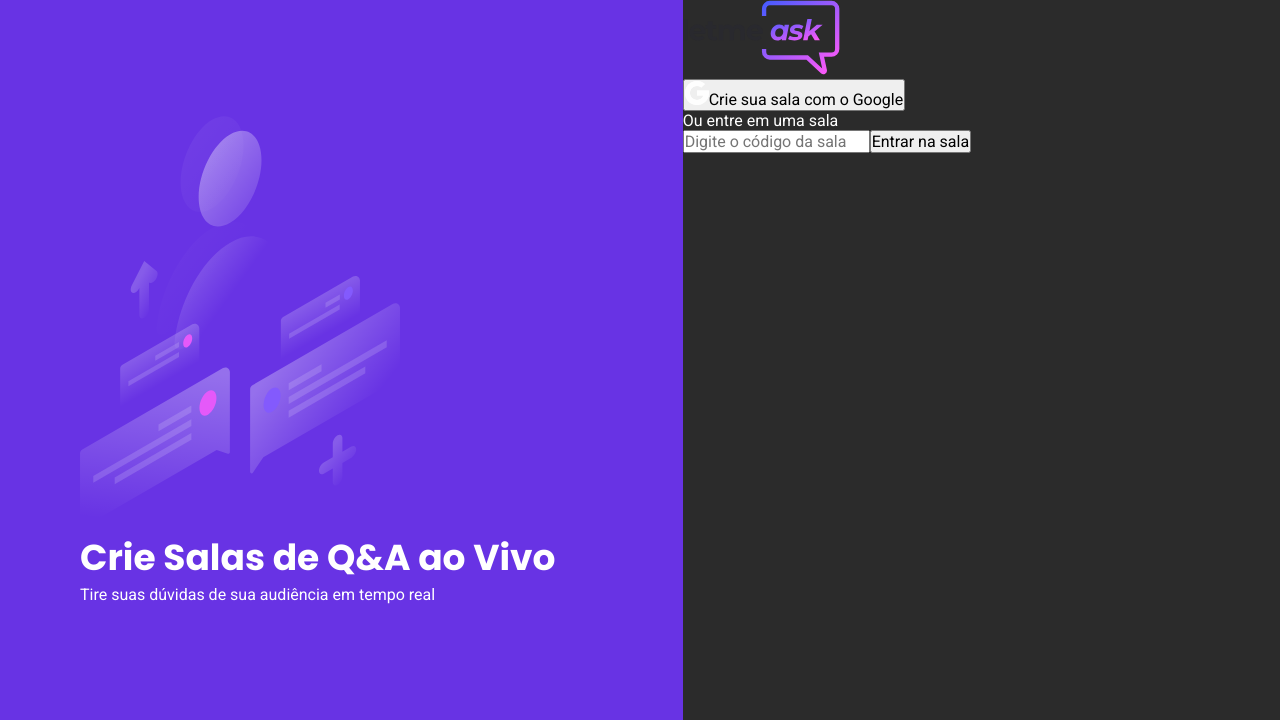
Repository: ANDRIEL123/NLW6-ReactJS-Letmeask
Page: /
An editor plug-in stored every save of this project. The page is shown before and after the next save, followed by the edit.
The browser window is 1280 px wide. The pictures show the whole page.
The project was rebuilt for these pictures with package versions that can differ from the ones it lists, and the page was loaded fresh each time.

Above is the page before, as saved 2021-10-11 13:23:29.

### public/index.html
<!DOCTYPE html>
<html lang="en">

<head>
  <meta charset="utf-8" />
  <link rel="icon" href="%PUBLIC_URL%/favicon.ico" />
  <meta name="viewport" content="width=device-width, initial-scale=1" />
  <meta name="theme-color" content="#000000" />
  <meta name="description" content="Web site created using create-react-app" />
  <link rel="apple-touch-icon" href="%PUBLIC_URL%/logo192.png" />
  <link rel="preconnect" href="https://fonts.googleapis.com">
  <link rel="preconnect" href="https://fonts.gstatic.com" crossorigin>
  <link href="https://fonts.googleapis.com/css2?family=Poppins:wght@400;700&family=Roboto:wght@400;500&display=swap"
    rel="stylesheet">
  <title>React App</title>
</head>

<body>
  <noscript>You need to enable JavaScript to run this app.</noscript>
  <div id="root"></div>
</body>

</html>

### src/index.tsx
import React from 'react';
import ReactDOM from 'react-dom';
import App from './App';
import './styles/global.scss'

ReactDOM.render(
  <React.StrictMode>
    <App />
  </React.StrictMode>,
  document.getElementById('root')
);

### src/App.tsx
import React from 'react';
import { Home } from './pages/Home';

function App() {
  return (
    <div className="App">
      <Home />
    </div>
  );
}

export default App;

### src/styles/global.scss
* {
    margin: 0;
    padding: 0;
    box-sizing: border-box;
}

body {
    background-color: rgb(43, 43, 43);
    color: white;
}

body, input, button, textarea {
    font: 400 16px 'Roboto', sans-serif;
}

### src/pages/Home.tsx
import ilustrationImg from '../assets/images/illustration.svg'
import logoImg from '../assets/images/logo.svg'
import googleIconImg from '../assets/images/google-icon.svg'
import '../styles/auth.scss'

export function Home() {
    return (
        <div id="page-auth">
            <aside>
                <img src={ilustrationImg} alt="Ilustração" />
                <strong>Crie Salas de Q&A ao Vivo</strong>
                <p>Tire suas dúvidas de sua audiência em tempo real</p>
            </aside>
            <main>
                <div>
                    <img src={logoImg} alt="Logo letmeask" />
                </div>
                <button>
                    <img src={googleIconImg} alt="Icone do Google" />
                    Crie sua sala com o Google
                </button>
                <div>Ou entre em uma sala</div>
                <form>
                    <input
                        type="text"
                        placeholder="Digite o código da sala"
                    />
                    <button type="submit">
                        Entrar na sala
                    </button>
                </form>
            </main>
        </div>
    )
}

### src/styles/auth.scss
#page-auth {
    display: flex;
    align-items: stretch;
    height: 100vh;

    aside {
        flex: 7;
        background: #6833e4;
        color: #fff;
        flex-direction: column;
        display: flex;
        justify-content: center;

        padding: 120px 80px;

        img {
            max-width: 320px;
        }

        strong {
            font: 700 36px 'Poppins', sans-serif;
        }
    }

    main {
        flex: 8;
    }
}

After the next save:
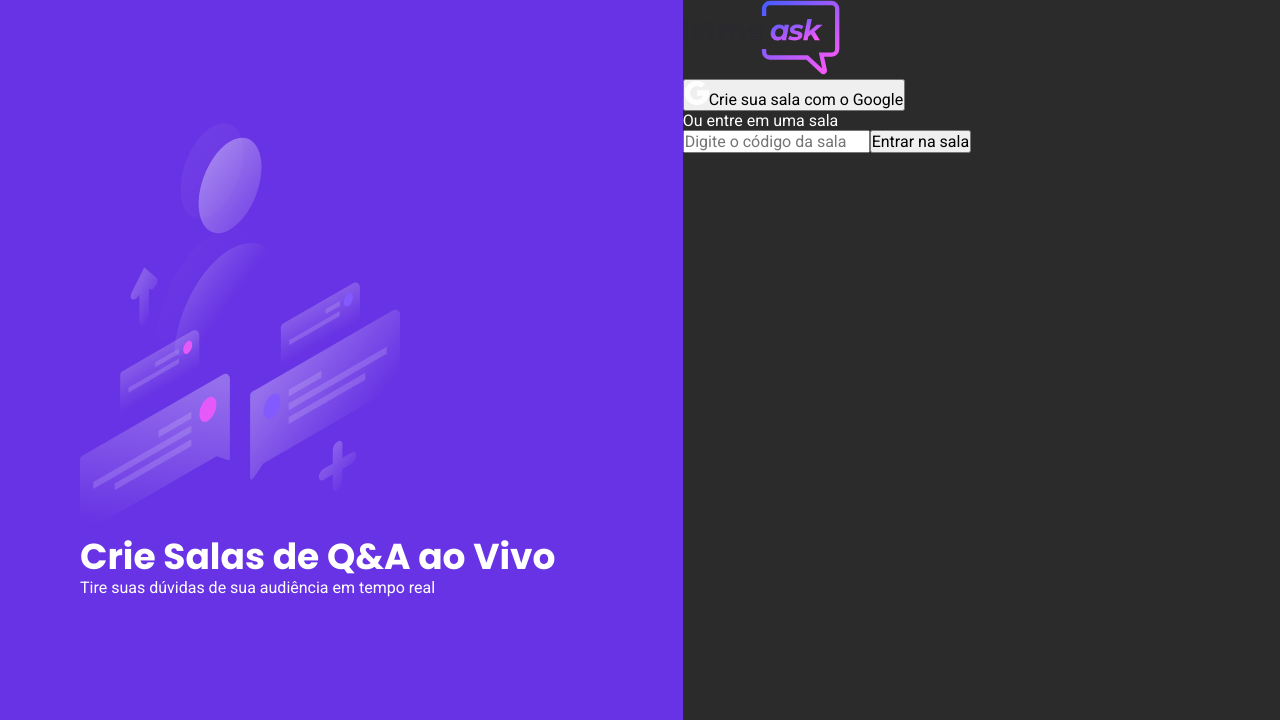
Saved 33 s later.
--- a/src/styles/auth.scss
+++ b/src/styles/auth.scss
@@ -19,6 +19,7 @@
 
         strong {
             font: 700 36px 'Poppins', sans-serif;
+            line-height: 42px;
         }
     }
 
